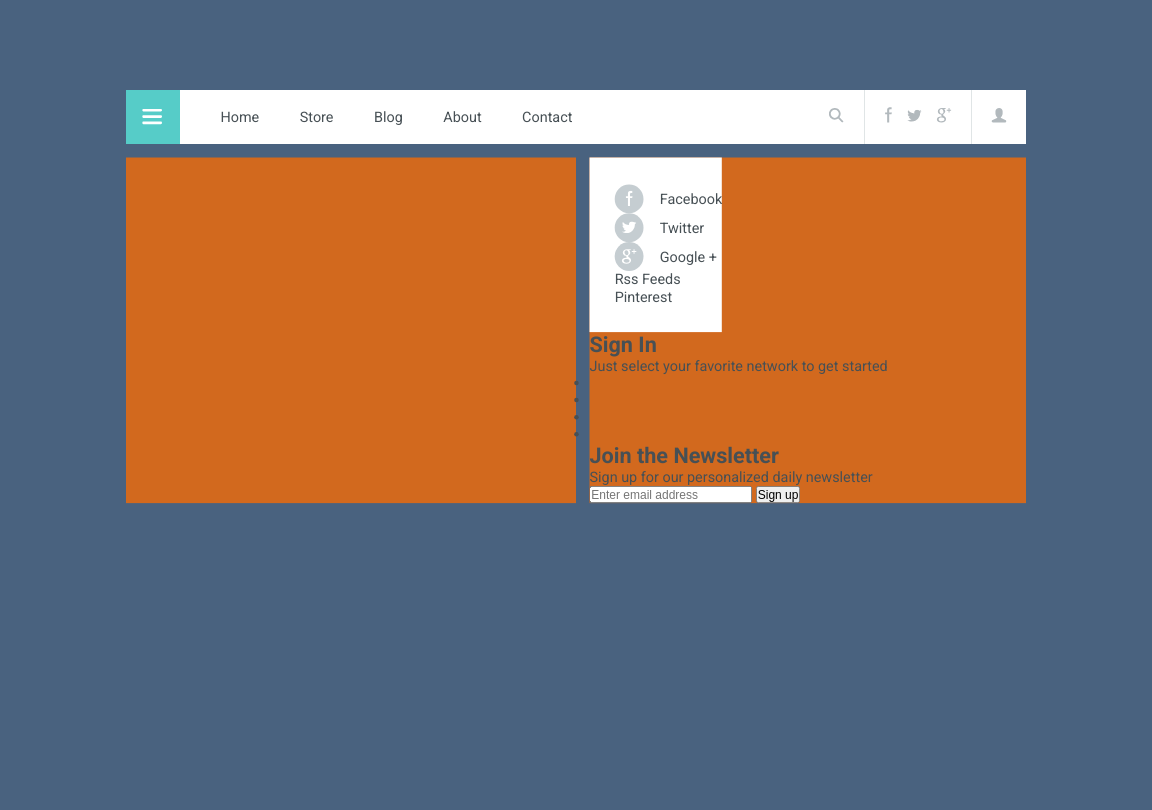
Repository: pawelczubak/WeeklyWebDevChallenge
Page: Challenge_4/index.html
An editor plug-in stored every save of this project. The page is shown before and after the next save, followed by the edit.
The browser window is 1280 px wide. The pictures show the whole page, at 90% of full size.
Some web libraries are served in a nearby version.

Above is the page before, as saved 2020-04-27 20:27:54.

### Challenge_4/index.html
<!DOCTYPE html>
<html lang="en">

<head>
    <meta charset="UTF-8">
    <meta name="viewport" content="width=device-width, initial-scale=1.0">

    <title>Weekly WebDev Challenge - 4</title>

    <link href="https://fonts.googleapis.com/css2?family=Roboto:wght@300;400;700&display=swap" rel="stylesheet">
    <script src="https://kit.fontawesome.com/f64caa1a2c.js" crossorigin="anonymous"></script>

    <meta name="viewport" content="width = device-width, initial-scale=1, user-scalable=yes">
    <link rel="stylesheet" href="css/main.css">
</head>

<body>
    <div class="container">
        <!--  -----  NAVIGATION START  -----  -->
        <nav class="nav">
            <div class="nav-button">

                <svg xmlns="http://www.w3.org/2000/svg" xmlns:xlink="http://www.w3.org/1999/xlink" width="0.24in"
                    height="0.18in">
                    <path fill-rule="evenodd" fill="rgb(255, 255, 255)"
                        d="M20.653,17.008 L1.347,17.008 C0.603,17.008 -0.000,16.417 -0.000,15.690 L-0.000,15.372 C-0.000,14.644 0.603,14.055 1.347,14.055 L20.653,14.055 C21.397,14.055 22.000,14.644 22.000,15.372 L22.000,15.690 C22.000,16.417 21.397,17.008 20.653,17.008 ZM20.653,9.980 L1.347,9.980 C0.603,9.980 -0.000,9.390 -0.000,8.662 L-0.000,8.344 C-0.000,7.617 0.603,7.027 1.347,7.027 L20.653,7.027 C21.397,7.027 22.000,7.617 22.000,8.344 L22.000,8.662 C22.000,9.390 21.397,9.980 20.653,9.980 ZM20.653,2.952 L1.347,2.952 C0.603,2.952 -0.000,2.362 -0.000,1.635 L-0.000,1.317 C-0.000,0.589 0.603,-0.001 1.347,-0.001 L20.653,-0.001 C21.397,-0.001 22.000,0.589 22.000,1.317 L22.000,1.635 C22.000,2.362 21.397,2.952 20.653,2.952 Z" />
                </svg>

            </div>
            <ul class="nav-list">
                <li class="nav-list__item"><a href="#" class="nav-list__link">Home</a></li>
                <li class="nav-list__item"><a href="#" class="nav-list__link">Store</a></li>
                <li class="nav-list__item"><a href="#" class="nav-list__link">Blog</a></li>
                <li class="nav-list__item"><a href="#" class="nav-list__link">About</a></li>
                <li class="nav-list__item"><a href="#" class="nav-list__link">Contact</a></li>
            </ul>
            <div class="nav-icons">
                <div class="nav-icons__search">
                    <a href="#" class="nav-link__icon">
                        <svg xmlns="http://www.w3.org/2000/svg" xmlns:xlink="http://www.w3.org/1999/xlink"
                            width="0.18in" height="0.17in">
                            <path class="nav-icons__svg" fill-rule="evenodd" fill="rgb(178, 185, 189)"
                                d="M15.728,14.309 L11.786,10.388 C12.600,9.303 13.088,7.963 13.088,6.504 C13.088,2.908 10.157,-0.006 6.541,-0.006 C2.926,-0.006 -0.005,2.908 -0.005,6.504 C-0.005,10.100 2.926,13.014 6.541,13.014 C7.963,13.014 9.275,12.558 10.349,11.793 L14.304,15.726 C14.697,16.117 15.335,16.117 15.728,15.726 C16.121,15.335 16.121,14.700 15.728,14.309 ZM6.541,11.011 C4.038,11.011 2.009,8.994 2.009,6.504 C2.009,4.015 4.038,1.996 6.541,1.996 C9.044,1.996 11.073,4.015 11.073,6.504 C11.073,8.994 9.044,11.011 6.541,11.011 Z" />
                        </svg>
                    </a>
                </div>
                <ul class="nav-icons__social-list">
                    <li class="nav-icons__social-icons">
                        <a href="#" class="nav-link__icon">
                            <svg xmlns="http://www.w3.org/2000/svg" xmlns:xlink="http://www.w3.org/1999/xlink"
                                width="0.09in" height="0.18in">
                                <path class="nav-icons__svg" fill-rule="evenodd" fill="rgb(178, 185, 189)"
                                    d="M7.672,0.063 L6.069,0.063 C6.069,0.063 2.724,-0.188 2.724,3.338 C2.724,4.092 2.724,6.011 2.724,6.011 L0.453,6.011 L0.459,7.910 L2.723,7.910 L2.725,17.002 L5.000,17.002 L5.000,7.910 L7.507,7.910 L8.042,6.011 L5.013,6.011 L5.013,3.266 C5.013,3.266 4.988,2.341 6.072,2.341 L7.662,2.341 L7.672,0.063 Z" />
                            </svg>
                        </a>
                    </li>
                    <li class="nav-icons__social-icons">
                        <a href="#" class="nav-link__icon">
                            <svg xmlns="http://www.w3.org/2000/svg" xmlns:xlink="http://www.w3.org/1999/xlink"
                                width="0.17in" height="0.14in">
                                <path class="nav-icons__svg" fill-rule="evenodd" fill="rgb(178, 185, 189)"
                                    d="M16.027,1.547 C15.437,1.809 14.803,1.985 14.138,2.065 C14.817,1.659 15.338,1.015 15.584,0.250 C14.949,0.625 14.245,0.898 13.497,1.046 C12.897,0.408 12.043,0.009 11.097,0.009 C9.282,0.009 7.810,1.478 7.810,3.291 C7.810,3.547 7.839,3.799 7.895,4.039 C5.163,3.901 2.741,2.595 1.119,0.611 C0.837,1.095 0.674,1.658 0.674,2.259 C0.674,3.398 1.255,4.402 2.137,4.990 C1.598,4.974 1.091,4.825 0.648,4.579 C0.647,4.593 0.647,4.606 0.647,4.621 C0.647,6.211 1.781,7.537 3.285,7.838 C3.009,7.913 2.718,7.953 2.418,7.953 C2.207,7.953 2.000,7.933 1.800,7.894 C2.218,9.198 3.432,10.147 4.871,10.172 C3.746,11.053 2.328,11.578 0.788,11.578 C0.523,11.578 0.261,11.562 0.004,11.531 C1.459,12.462 3.187,13.006 5.043,13.006 C11.089,13.006 14.395,8.006 14.395,3.671 C14.395,3.529 14.393,3.387 14.387,3.246 C15.029,2.783 15.586,2.206 16.027,1.547 Z" />
                            </svg>
                        </a>
                    </li>
                    <li class="nav-icons__social-icons">
                        <a href="#" class="nav-link__icon">
                            <svg xmlns="http://www.w3.org/2000/svg" xmlns:xlink="http://www.w3.org/1999/xlink"
                                width="0.18in" height="0.18in">
                                <path class="nav-icons__svg" fill-rule="evenodd" fill="rgb(178, 185, 189)"
                                    d="M15.006,4.015 L15.006,5.999 L13.966,5.999 L13.966,4.015 L11.997,4.015 L11.997,3.013 L13.966,3.013 L13.966,0.971 L15.006,0.971 L15.006,3.013 L17.010,3.013 L17.010,4.015 L15.006,4.015 ZM8.900,2.055 C9.780,2.557 10.247,3.589 10.247,4.730 C10.247,5.777 9.666,6.620 8.845,7.259 C8.043,7.884 7.891,8.145 7.891,8.676 C7.891,9.129 8.849,9.803 9.290,10.132 C10.823,11.279 11.112,12.000 11.134,13.433 C11.162,15.338 9.199,17.001 6.054,17.001 C3.294,17.001 0.982,15.749 0.982,13.959 C0.982,11.258 2.897,10.385 5.657,10.385 C5.958,10.385 6.233,10.377 6.518,10.377 C6.141,10.013 5.836,9.697 5.836,9.144 C5.836,8.815 5.940,8.501 6.087,8.221 C5.938,8.231 5.785,8.241 5.627,8.241 C3.360,8.241 2.041,6.653 2.041,4.664 C2.041,2.715 4.050,0.969 6.459,0.969 C7.701,0.969 11.208,0.969 11.208,0.969 L10.147,2.055 L8.900,2.055 ZM6.121,11.642 C4.364,11.642 2.912,12.300 2.912,13.538 C2.912,14.799 4.207,15.828 5.999,15.828 C8.520,15.828 9.398,14.865 9.398,13.601 C9.398,13.449 9.394,13.295 9.341,13.156 C8.733,11.642 6.774,11.642 6.121,11.642 ZM8.249,4.923 C8.040,3.342 7.249,2.152 6.035,2.115 C4.820,2.079 3.755,3.182 3.966,4.764 C4.175,6.348 5.330,7.409 6.545,7.446 C7.760,7.481 8.458,6.507 8.249,4.923 Z" />
                            </svg>
                        </a>
                    </li>
                </ul>
                <div class="nav-icons__acount">
                    <a href="#" class="nav-link__icon">
                        <svg xmlns="http://www.w3.org/2000/svg" xmlns:xlink="http://www.w3.org/1999/xlink"
                            width="0.182in" height="0.18in">
                            <path class="nav-icons__svg" fill-rule="evenodd" fill="rgb(178, 185, 189)"
                                d="M15.993,17.030 L1.963,17.030 C1.394,17.030 0.932,16.569 0.932,15.999 L0.932,15.405 C0.932,14.535 1.963,14.374 1.963,14.374 L7.322,11.719 C5.880,10.561 5.056,8.283 5.056,7.156 L5.056,4.578 C5.056,2.871 6.903,0.969 9.181,0.969 C11.459,0.969 13.024,2.871 13.024,4.578 L13.024,7.156 C13.024,8.394 12.208,10.604 10.779,11.729 L15.993,14.374 C15.993,14.374 17.024,14.551 17.024,15.405 L17.024,15.999 C17.024,16.569 16.562,17.030 15.993,17.030 Z" />
                        </svg>
                    </a>
                </div>
            </div>
        </nav>

        <!--  -----  NAVIGATION END  -----  -->

        <!--  -----  MAIN START  -----  -->
        <main class="main">
            <!--  -----  MENU SECTION START  -----  -->
            <section class="menu-section"></section>
            <!--  -----  MENU SECTION END  -----  -->

            <!--  -----  SOCIAL SECTION START  -----  -->
            <section class="social-section">
                <article class="social-section__socials-container">
                    <ul class="socials-container__socials-list">
                        <li class="socials-container__socials-items">
                            <a href="#" class="socials-container__socials-link">
                                <div class="social-link__icon">
                                    <svg xmlns="http://www.w3.org/2000/svg" xmlns:xlink="http://www.w3.org/1999/xlink"
                                        width="0.09in" height="0.18in">
                                        <path class="nav-icons__svg" fill-rule="evenodd" fill="rgb(255, 255, 255)"
                                            d="M7.672,0.063 L6.069,0.063 C6.069,0.063 2.724,-0.188 2.724,3.338 C2.724,4.092 2.724,6.011 2.724,6.011 L0.453,6.011 L0.459,7.910 L2.723,7.910 L2.725,17.002 L5.000,17.002 L5.000,7.910 L7.507,7.910 L8.042,6.011 L5.013,6.011 L5.013,3.266 C5.013,3.266 4.988,2.341 6.072,2.341 L7.662,2.341 L7.672,0.063 Z" />
                                    </svg>
                                </div>
                                <p>Facebook</p>
                            </a>
                        </li>
                        <li class="socials-container__socials-items">
                            <a href="#" class="socials-container__socials-link">
                                <div class="social-link__icon">
                                    <svg xmlns="http://www.w3.org/2000/svg" xmlns:xlink="http://www.w3.org/1999/xlink"
                                        width="0.17in" height="0.14in">
                                        <path class="nav-icons__svg" fill-rule="evenodd" fill="rgb(255, 255, 255)"
                                            d="M16.027,1.547 C15.437,1.809 14.803,1.985 14.138,2.065 C14.817,1.659 15.338,1.015 15.584,0.250 C14.949,0.625 14.245,0.898 13.497,1.046 C12.897,0.408 12.043,0.009 11.097,0.009 C9.282,0.009 7.810,1.478 7.810,3.291 C7.810,3.547 7.839,3.799 7.895,4.039 C5.163,3.901 2.741,2.595 1.119,0.611 C0.837,1.095 0.674,1.658 0.674,2.259 C0.674,3.398 1.255,4.402 2.137,4.990 C1.598,4.974 1.091,4.825 0.648,4.579 C0.647,4.593 0.647,4.606 0.647,4.621 C0.647,6.211 1.781,7.537 3.285,7.838 C3.009,7.913 2.718,7.953 2.418,7.953 C2.207,7.953 2.000,7.933 1.800,7.894 C2.218,9.198 3.432,10.147 4.871,10.172 C3.746,11.053 2.328,11.578 0.788,11.578 C0.523,11.578 0.261,11.562 0.004,11.531 C1.459,12.462 3.187,13.006 5.043,13.006 C11.089,13.006 14.395,8.006 14.395,3.671 C14.395,3.529 14.393,3.387 14.387,3.246 C15.029,2.783 15.586,2.206 16.027,1.547 Z" />
                                    </svg>
                                </div>
                                <p>Twitter</p>
                            </a>
                        </li>
                        <li class="socials-container__socials-items">
                            <a href="#" class="socials-container__socials-link">
                                <div class="social-link__icon">
                                    <svg xmlns="http://www.w3.org/2000/svg" xmlns:xlink="http://www.w3.org/1999/xlink"
                                        width="0.18in" height="0.18in">
                                        <path class="nav-icons__svg" fill-rule="evenodd" fill="rgb(255, 255, 255)"
                                            d="M15.006,4.015 L15.006,5.999 L13.966,5.999 L13.966,4.015 L11.997,4.015 L11.997,3.013 L13.966,3.013 L13.966,0.971 L15.006,0.971 L15.006,3.013 L17.010,3.013 L17.010,4.015 L15.006,4.015 ZM8.900,2.055 C9.780,2.557 10.247,3.589 10.247,4.730 C10.247,5.777 9.666,6.620 8.845,7.259 C8.043,7.884 7.891,8.145 7.891,8.676 C7.891,9.129 8.849,9.803 9.290,10.132 C10.823,11.279 11.112,12.000 11.134,13.433 C11.162,15.338 9.199,17.001 6.054,17.001 C3.294,17.001 0.982,15.749 0.982,13.959 C0.982,11.258 2.897,10.385 5.657,10.385 C5.958,10.385 6.233,10.377 6.518,10.377 C6.141,10.013 5.836,9.697 5.836,9.144 C5.836,8.815 5.940,8.501 6.087,8.221 C5.938,8.231 5.785,8.241 5.627,8.241 C3.360,8.241 2.041,6.653 2.041,4.664 C2.041,2.715 4.050,0.969 6.459,0.969 C7.701,0.969 11.208,0.969 11.208,0.969 L10.147,2.055 L8.900,2.055 ZM6.121,11.642 C4.364,11.642 2.912,12.300 2.912,13.538 C2.912,14.799 4.207,15.828 5.999,15.828 C8.520,15.828 9.398,14.865 9.398,13.601 C9.398,13.449 9.394,13.295 9.341,13.156 C8.733,11.642 6.774,11.642 6.121,11.642 ZM8.249,4.923 C8.040,3.342 7.249,2.152 6.035,2.115 C4.820,2.079 3.755,3.182 3.966,4.764 C4.175,6.348 5.330,7.409 6.545,7.446 C7.760,7.481 8.458,6.507 8.249,4.923 Z" />
                                    </svg>
                                </div>
                                <p>Google +</p>
                            </a>
                        </li>
                        <li class="socials-container__socials-items">
                            <a href="#" class="socials-container__socials-link">
                                <p>Rss Feeds</p>
                            </a>
                        </li>
                        <li class="socials-container__socials-items">
                            <a href="#" class="socials-container__socials-link">
                                <p>Pinterest</p>
                            </a>
                        </li>
                    </ul>
                    <div class="socials-container__follow-items">
                        <div class="socials-container__facebook-widget"></div>
                        <div class="socials-container__twitter-widget"></div>
                    </div>
                </article>
                <article class="social-section__sign-in">
                    <h2 class="socials-container__header">Sign In</h2>
                    <p class="sign-in__paragraph">Just select your favorite network to get started</p>
                    <ul class="sign-in__list">
                        <li class="sign-in__item"><a href="#" class="sign-in__link"></a></li>
                        <li class="sign-in__item"><a href="#" class="sign-in__link"></a></li>
                        <li class="sign-in__item"><a href="#" class="sign-in__link"></a></li>
                        <li class="sign-in__item"><a href="#" class="sign-in__link"></a></li>
                    </ul>
                </article>
                <article class="social-section__newsletter">
                    <h2 class="socials-container__header">Join the Newsletter</h2>
                    <p class="newsletter__paragraph">Sign up for our personalized daily newsletter</p>
                    <form action="GET" class="newsletter__form">
                        <input placeholder="Enter email address" type="email" name="email" required
                            class="newsletter__input" autocomplete="off" />
                        <button class="newsletter__button" formenctype="multipart/form-data" type="submit">Sign
                            up</button>
                    </form>
                </article>
            </section>
            <!--  -----  SOCIAL SECTION END  -----  -->
        </main>
        <!--  -----  MAIN END  -----  -->


    </div>

    <script src="js/main.js" type="text/javascript"></script>
</body>

</html>

Loaded but not shown: Challenge_4/js/main.js (26 lines, source omitted); Challenge_4/css/main.css (246 lines, source omitted)

After the next save:
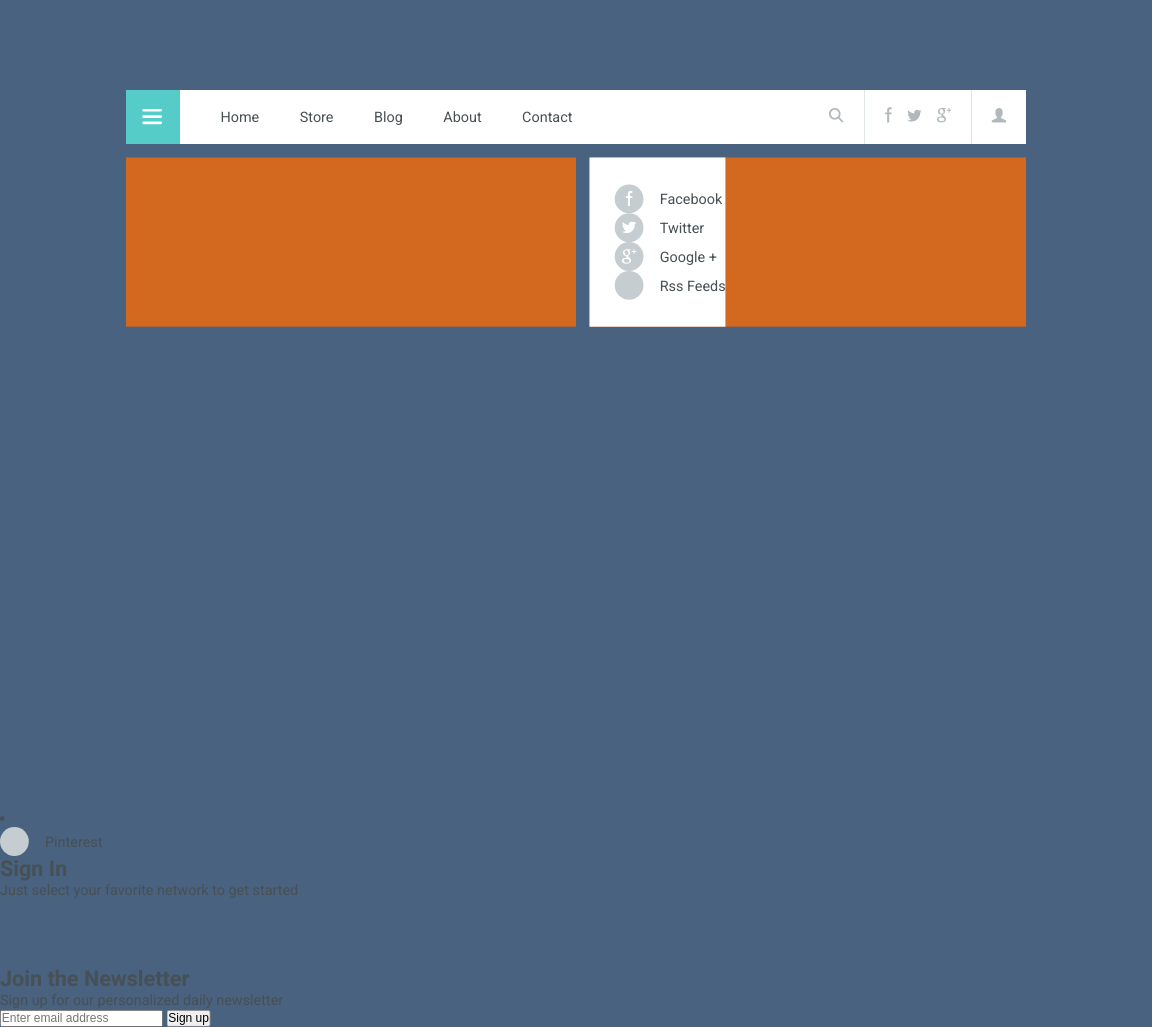
Saved 40 s later.
--- a/Challenge_4/index.html
+++ b/Challenge_4/index.html
@@ -135,44 +135,48 @@
                         </li>
                         <li class="socials-container__socials-items">
                             <a href="#" class="socials-container__socials-link">
+                                <div class="social-link__icon"></div>
                                 <p>Rss Feeds</p>
-                            </a>
-                        </li>
-                        <li class="socials-container__socials-items">
-                            <a href="#" class="socials-container__socials-link">
-                                <p>Pinterest</p>
-                            </a>
-                        </li>
-                    </ul>
-                    <div class="socials-container__follow-items">
-                        <div class="socials-container__facebook-widget"></div>
-                        <div class="socials-container__twitter-widget"></div>
-                    </div>
-                </article>
-                <article class="social-section__sign-in">
-                    <h2 class="socials-container__header">Sign In</h2>
-                    <p class="sign-in__paragraph">Just select your favorite network to get started</p>
-                    <ul class="sign-in__list">
-                        <li class="sign-in__item"><a href="#" class="sign-in__link"></a></li>
-                        <li class="sign-in__item"><a href="#" class="sign-in__link"></a></li>
-                        <li class="sign-in__item"><a href="#" class="sign-in__link"></a></li>
-                        <li class="sign-in__item"><a href="#" class="sign-in__link"></a></li>
-                    </ul>
-                </article>
-                <article class="social-section__newsletter">
-                    <h2 class="socials-container__header">Join the Newsletter</h2>
-                    <p class="newsletter__paragraph">Sign up for our personalized daily newsletter</p>
-                    <form action="GET" class="newsletter__form">
-                        <input placeholder="Enter email address" type="email" name="email" required
-                            class="newsletter__input" autocomplete="off" />
-                        <button class="newsletter__button" formenctype="multipart/form-data" type="submit">Sign
-                            up</button>
-                    </form>
-                </article>
-            </section>
-            <!--  -----  SOCIAL SECTION END  -----  -->
-        </main>
-        <!--  -----  MAIN END  -----  -->
+    </div>
+    </a>
+    </li>
+    <li class="socials-container__socials-items">
+        <a href="#" class="socials-container__socials-link">
+            <div class="social-link__icon"></div>
+            <p>Pinterest</p>
+            </div>
+        </a>
+    </li>
+    </ul>
+    <div class="socials-container__follow-items">
+        <div class="socials-container__facebook-widget"></div>
+        <div class="socials-container__twitter-widget"></div>
+    </div>
+    </article>
+    <article class="social-section__sign-in">
+        <h2 class="socials-container__header">Sign In</h2>
+        <p class="sign-in__paragraph">Just select your favorite network to get started</p>
+        <ul class="sign-in__list">
+            <li class="sign-in__item"><a href="#" class="sign-in__link"></a></li>
+            <li class="sign-in__item"><a href="#" class="sign-in__link"></a></li>
+            <li class="sign-in__item"><a href="#" class="sign-in__link"></a></li>
+            <li class="sign-in__item"><a href="#" class="sign-in__link"></a></li>
+        </ul>
+    </article>
+    <article class="social-section__newsletter">
+        <h2 class="socials-container__header">Join the Newsletter</h2>
+        <p class="newsletter__paragraph">Sign up for our personalized daily newsletter</p>
+        <form action="GET" class="newsletter__form">
+            <input placeholder="Enter email address" type="email" name="email" required class="newsletter__input"
+                autocomplete="off" />
+            <button class="newsletter__button" formenctype="multipart/form-data" type="submit">Sign
+                up</button>
+        </form>
+    </article>
+    </section>
+    <!--  -----  SOCIAL SECTION END  -----  -->
+    </main>
+    <!--  -----  MAIN END  -----  -->
 
 
     </div>
